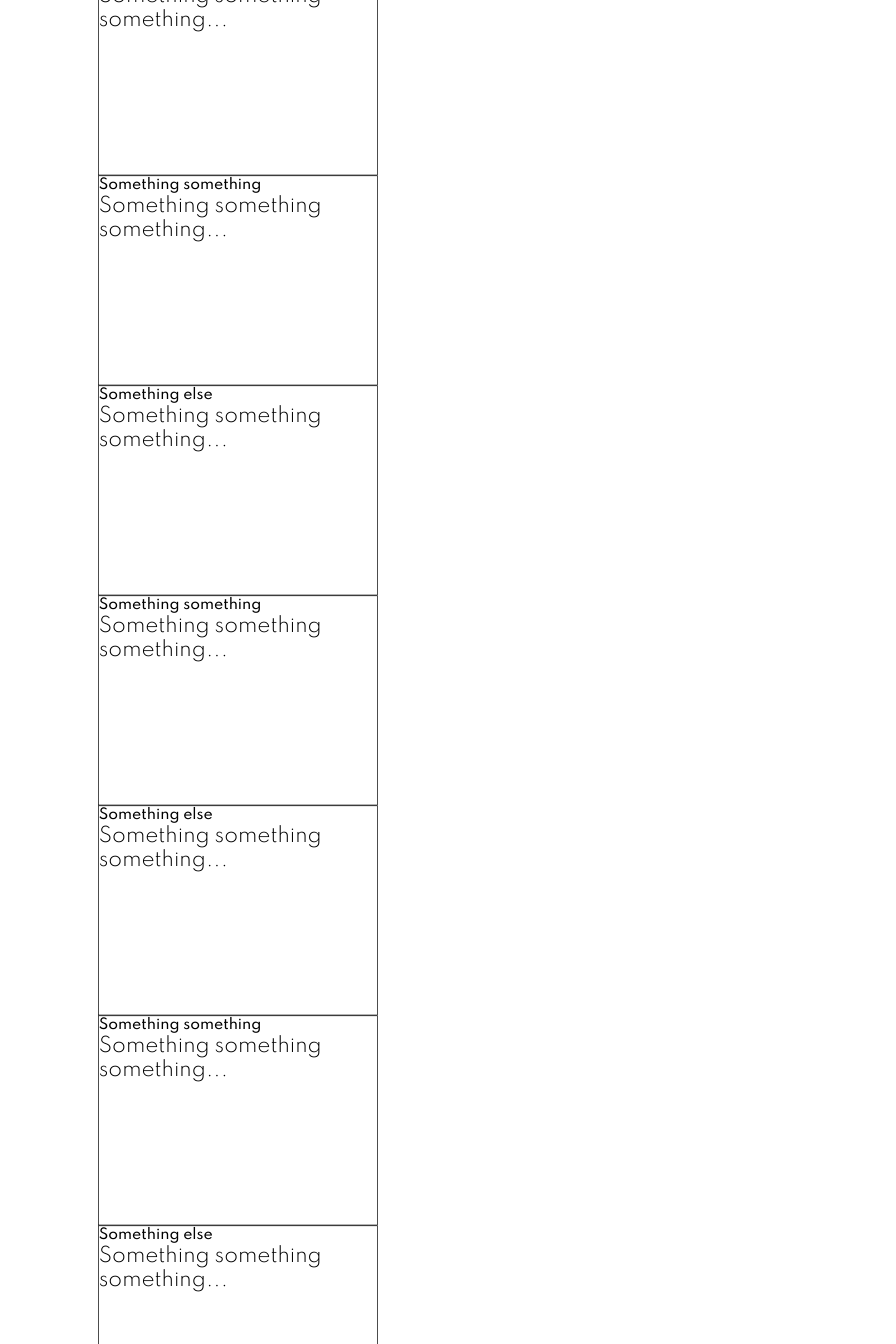
Repository: vvogt/fameworks_vv
Page: /
These files come from the project's save history. The page is drawn as it stood at one moment and after the next save; the edit follows.
The browser window is 1280 px wide. The pictures show the part of the page from y = 2302 to 4222 px (the page is 6212 px tall before and 2612 px after), at 70% of full size.
Pictures or frames that could not be fetched are drawn as grey boxes. The project was rebuilt for these pictures with package versions that can differ from the ones it lists, and the page was loaded fresh each time. Also part of the build but not shown: src/components/NotFound.js. Imported but missing from the stored project, and not drawn on this page: src/assets/videos/seald_fullhd.mp4.

Above is the page before, as saved 2020-03-28 18:45:00.

After the next save:
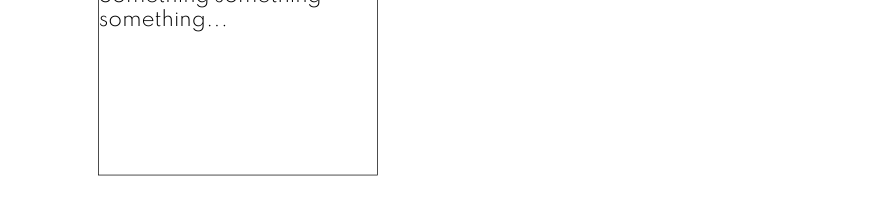
Saved 4 min 23 s later.
--- a/src/components/Section.js
+++ b/src/components/Section.js
@@ -13,24 +13,22 @@
   };
 
   renderArticles = (tabs, tabName) => {
-    return Object.keys(tabs).map(tabName => {
-      return (
-        tabs[tabName].map(article => {
-          return (
-            <li key={article.id}>
-              <div className="articlePreview">
-                <div
-                  className="arcticle__image"
-                  style={this.setBgImage(article.imageUrl)}
-                ></div>
-                <h3>{article.title}</h3>
-                <p>{article.description}</p>
-              </div>
-            </li>
-          );
-        })
-      );
-    });
+    return (
+      tabs[tabName].map(article => {
+        return (
+          <li key={article.id}>
+            <div className="articlePreview">
+              <div
+                className="arcticle__image"
+                style={this.setBgImage(article.imageUrl)}
+              ></div>
+              <h3>{article.title}</h3>
+              <p>{article.description}</p>
+            </div>
+          </li>
+        );
+      })
+    );
   };
 
   renderCategoryNames = tabs => {
